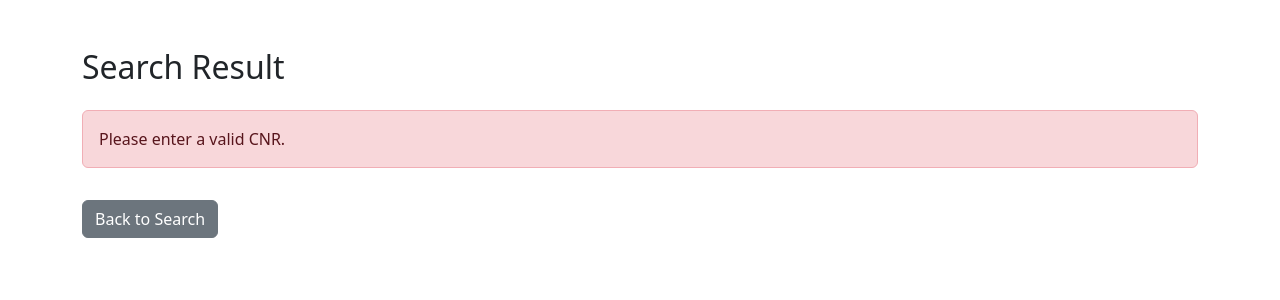
Repository: moatazbenma/Internship_task
Page: http://localhost/results/
An editor plug-in stored every save of this project. The page is shown before and after the next save, followed by the edit.
The browser window is 1280 px wide. The pictures show the whole page.
The page is served by the project's application, run on Django 5.2 (court_project/manage.py). Other server files are loaded and not shown.

Above is the page before, as saved 2025-08-03 04:00:41.

### court_projects/court_project/case_search/templates/case_search/search_result.html
{% load static %}
<!DOCTYPE html>
<html lang="en">
<head>
    <meta charset="UTF-8">
    <title>Case Search Result</title>
    <link href="https://cdn.jsdelivr.net/npm/bootstrap@5.3.0/dist/css/bootstrap.min.css" rel="stylesheet">
</head>
<body>
<div class="container mt-5">
    <h2 class="mb-4">Search Result</h2>

    {% if error %}
        <div class="alert alert-danger">{{ error }}</div>
    {% elif case %}
        <div class="card">
            <div class="card-body">
                <h5 class="card-title">Case Number: {{ case.case_number }}</h5>
                <p class="card-text"><strong>Petitioner:</strong> {{ case.petitioner }}</p>
                <p class="card-text"><strong>Respondent:</strong> {{ case.respondent }}</p>
                <p class="card-text"><strong>Status:</strong> {{ case.status }}</p>
                <p class="card-text"><strong>Filing Date:</strong> {{ case.filing_date }}</p>
                <!-- Add more fields if needed -->
            </div>
        </div>
    {% else %}
        <div class="alert alert-warning">No case data available.</div>
    {% endif %}

    <a href="{% url 'case_search:search_form' %}" class="btn btn-secondary mt-3">Back to Search</a>
</div>
</body>
</html>

### court_projects/court_project/case_search/views.py
from django.shortcuts import render
from .scraper import scrape_case_details
from case_search.utils import save_scraped_data

def search_form(request):
    return render(request, 'case_search/search_form.html')

def search_view(request):
    cnr = request.GET.get("cnr")

    if not cnr:
        return render(request, "case_search/search_result.html", {"error": "Please enter a valid CNR."})

    data = scrape_case_details(cnr)
    if not data:
        return render(request, "case_search/search_result.html", {"error": "Case not found or parsing error."})

    case = save_scraped_data(data)
    return render(request, "case_search/search_result.html", {"case": case})

### court_projects/court_project/court_project/urls.py
from django.contrib import admin
from django.urls import path, include

urlpatterns = [
    path('admin/', admin.site.urls),
    path('', include('case_search.urls', namespace='case_search')),  # 👈 This is crucial
]

### court_projects/court_project/case_search/urls.py
from django.urls import path
from . import views

app_name = 'case_search'  # Important for namespacing in templates

urlpatterns = [
    path('', views.search_form, name='search_form'),      # form at /
    path('results/', views.search_view, name='search'),         # handles GET & shows results
]

### court_projects/court_project/case_search/scraper.py
import requests
from bs4 import BeautifulSoup

BASE_URL = "https://districts.ecourtsindia.com/CNR/"

def scrape_case_details(cnr_number):
    url = f"{BASE_URL}{cnr_number}"
    response = requests.get(url)

    if response.status_code != 200:
        print(f"Failed to fetch data for {cnr_number}")
        return None

    soup = BeautifulSoup(response.text, "html.parser")

    try:
        card_body = soup.select_one('.info-card .card-body')
        columns = card_body.select('.col-md-6')

        left = columns[0].find_all('p')
        right = columns[1].find_all('p')

        cnr = left[0].text.split(":")[-1].strip()
        case_number = left[1].text.split(":")[-1].strip()
        parties = left[2].text.split(":")[-1].strip()
        filing_date = left[3].text.split(":")[-1].strip()
        registration_date = left[4].text.split(":")[-1].strip()

        court_name = right[0].text.split(":")[-1].strip()
        hearing_date = right[1].text.split(":")[-1].strip()
        status = right[2].text.split(":")[-1].strip()

        petitioner, respondent = parties.split("versus")

        orders = []
        timeline_items = soup.select('.timeline-item')

        for item in timeline_items:
            if 'marker-order' in item.select_one('.timeline-marker')['class']:
                order_date = item.select_one('.event-date').text.strip()
                summary = item.select_one('h6').text.strip()
                pdf_link_tag = item.select_one('a.btn-view-order')
                pdf_url = "https://districts.ecourtsindia.com" + pdf_link_tag['href']

                orders.append({
                    "date": order_date,
                    "summary": summary,
                    "pdf_url": pdf_url
                })

        return {
            "cnr": cnr,
            "case_number": case_number,
            "petitioner": petitioner.strip(),
            "respondent": respondent.strip(),
            "filing_date": filing_date,
            "registration_date": registration_date,
            "hearing_date": hearing_date,
            "court_name": court_name,
            "status": status,
            "orders": orders,
            "raw_html": response.text,
        }

    except Exception as e:
        print(f"Error during parsing: {e}")
        return None

After the next save:
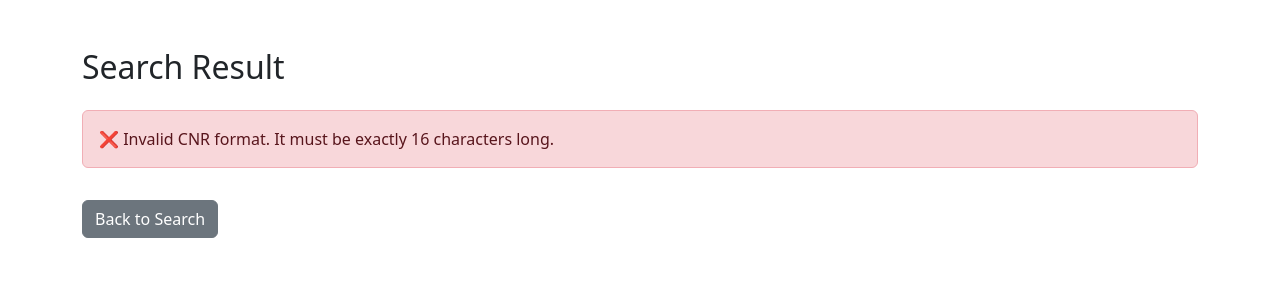
Saved 20 s later.
--- a/court_projects/court_project/case_search/views.py
+++ b/court_projects/court_project/case_search/views.py
@@ -6,14 +6,25 @@ def search_form(request):
     return render(request, 'case_search/search_form.html')
 
 def search_view(request):
-    cnr = request.GET.get("cnr")
+    cnr = request.GET.get("cnr", "").strip().upper()
 
-    if not cnr:
-        return render(request, "case_search/search_result.html", {"error": "Please enter a valid CNR."})
+    if not cnr or len(cnr) != 16:
+        return render(request, "case_search/search_result.html", {
+            "error": "❌ Invalid CNR format. It must be exactly 16 characters long."
+        })
 
-    data = scrape_case_details(cnr)
+    try:
+        data = scrape_case_details(cnr)
+    except Exception as e:
+        return render(request, "case_search/search_result.html", {
+            "error": f"⚠️ Error occurred while fetching the case: {str(e)}"
+        })
+
     if not data:
-        return render(request, "case_search/search_result.html", {"error": "Case not found or parsing error."})
+        return render(request, "case_search/search_result.html", {
+            "error": f"❌ No case found for CNR: {cnr}. Please check the number and try again."
+        })
 
     case = save_scraped_data(data)
+
     return render(request, "case_search/search_result.html", {"case": case})
